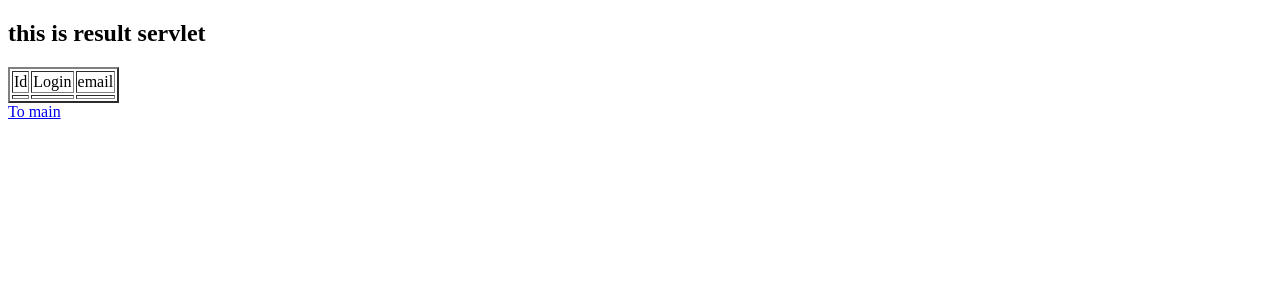
Repository: DADYSoukaina/ws-hospital
Page: http://localhost/hospital-web/views/ListPatient.jsp
The author's editor kept a copy of each file at every save. The page is drawn from the files as they stood at one save, then again after the next save.
The browser window is 1280 px wide. The pictures show the whole page.
The page is served by Tomcat 9. Nobody is signed in. The application's start-up code is not run. Other server files are loaded and not shown.

Above is the page before, as saved 2018-12-21 03:33:56.

### hospital-web/src/main/webapp/views/ListPatient.jsp
<%@ page language="java" contentType="text/html; charset=ISO-8859-1"
	pageEncoding="ISO-8859-1"%>
<!DOCTYPE html>
<html>
<head>
<meta charset="ISO-8859-1">
<title>List patient</title>
</head>
<!-- <body> -->
<!--         <table border="1"> -->
<!--             <thead> -->
<!--                 <tr> -->
<!--                     <th><spring:message code="colonne.identifiant"/></th> -->
<!--                     <th><spring:message code="colonne.libelle"/></th> -->
<!--                     <th><spring:message code="colonne.quantite"/></th> -->
<!--                 </tr> -->
<!--             </thead> -->
<!--             <tbody> -->
<%--                 <c:forEach items="${listePatient}" var="course"> --%>
<!--                     <tr> -->
<%--                         <td><c:out value="${patient.firstName}"/></td> --%>
<%--                         <td><c:out value="${patient.lastName}"/></td> --%>
<%--                         <td><c:out value="${patient.phone}"/></td> --%>
<!--                     </tr> -->
<!--                 </c:forEach> -->
<!--             </tbody> -->
<!--         </table> -->
<!--     </body> -->
<!-- </html> -->

<body>
<h2>this is result servlet</h2>
<table border="2">
    <tr>
        <td>Id</td>
        <td>Login</td>
        <td>email</td>
    </tr>
    <c:forEach var="patient" items="${patient}">
        <tr>
            <td>${patient.getFirstName()}</td>
            <td>${patient.getClientLogin()}</td>
            <td>${patient.getClientEmail()}</td>
        </tr>
    </c:forEach>
</table>
<a href="/">To main</a>
</body>
</html>

After the next save:
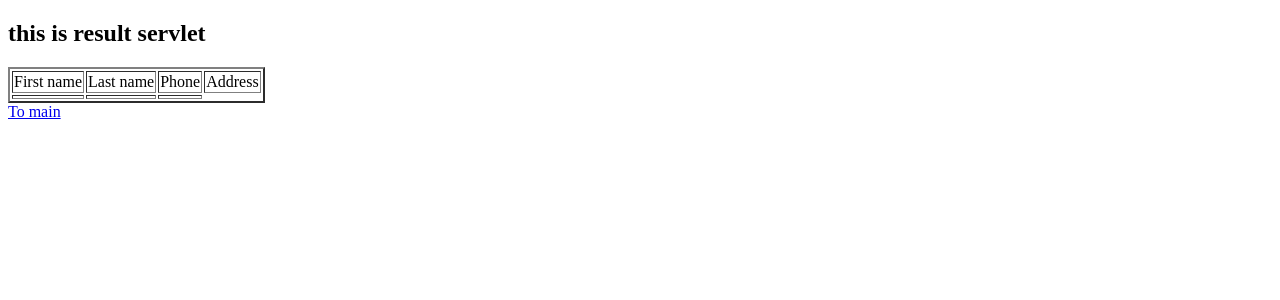
Saved 2 min 32 s later.
--- a/hospital-web/src/main/webapp/views/ListPatient.jsp
+++ b/hospital-web/src/main/webapp/views/ListPatient.jsp
@@ -29,21 +29,24 @@
 <!-- </html> -->
 
 <body>
-<h2>this is result servlet</h2>
-<table border="2">
-    <tr>
-        <td>Id</td>
-        <td>Login</td>
-        <td>email</td>
-    </tr>
-    <c:forEach var="patient" items="${patient}">
-        <tr>
-            <td>${patient.getFirstName()}</td>
-            <td>${patient.getClientLogin()}</td>
-            <td>${patient.getClientEmail()}</td>
-        </tr>
-    </c:forEach>
-</table>
-<a href="/">To main</a>
+	<h2>this is result servlet</h2>
+	<table border="2">
+		<tr>
+			<!--         <td>Id</td> -->
+			<td>First name</td>
+			<td>Last name</td>
+			<td>Phone</td>
+			<td>Address</td>
+
+		</tr>
+		<c:forEach var="patient" items="${patient}">
+			<tr>
+				<td>${patient.getFirstName()}</td>
+				<td>${patient.getClientLogin()}</td>
+				<td>${patient.getClientEmail()}</td>
+			</tr>
+		</c:forEach>
+	</table>
+	<a href="/">To main</a>
 </body>
 </html>
